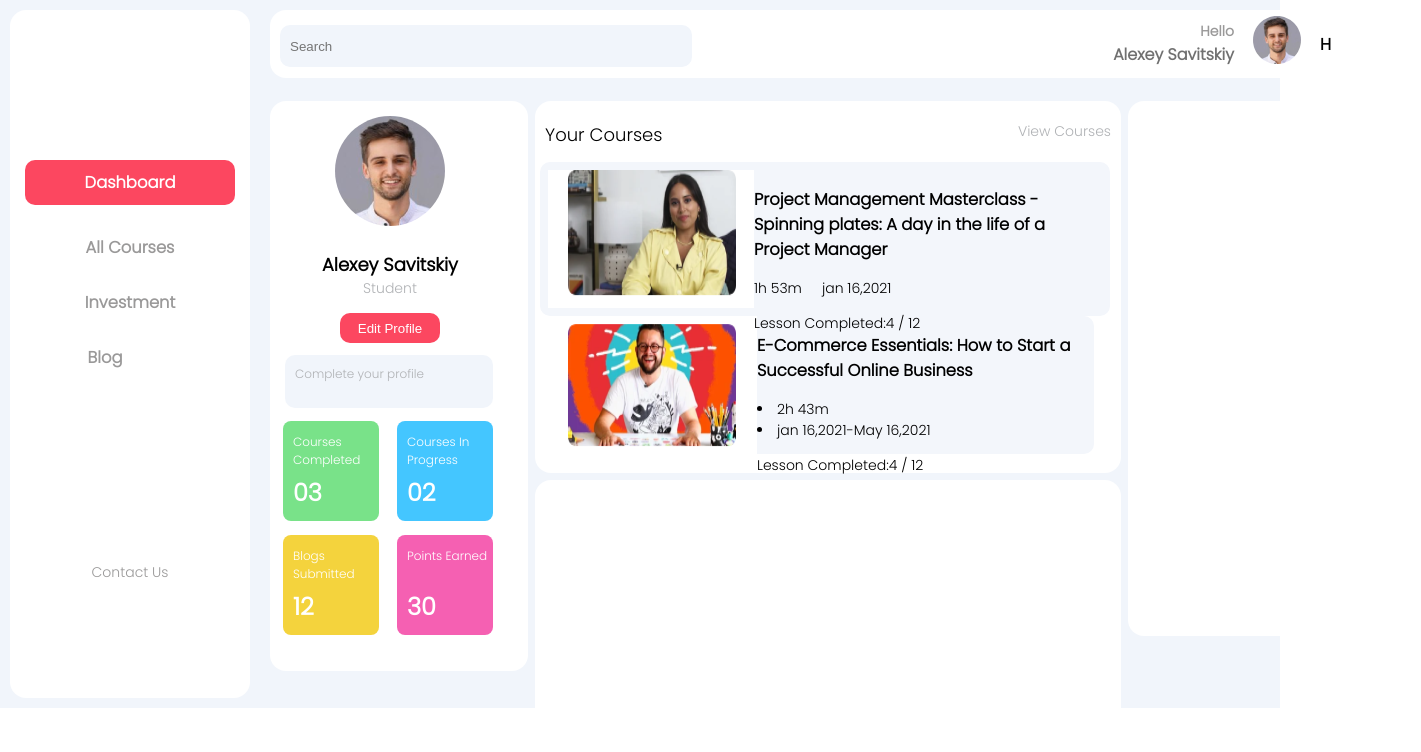
Repository: Anuruddha00/dashboard-design
Page: /
An editor plug-in stored every save of this project. The page is shown before and after the next save, followed by the edit.
The browser window is 1280 px wide. The page is 1421 px wide, so the pictures cover 1421 px, including what lies to the right of the window. The pictures show the whole page.
The project was rebuilt for these pictures with package versions that can differ from the ones it lists, and the page was loaded fresh each time.

Above is the page before, as saved 2021-05-07 20:35:45.

After the next save:
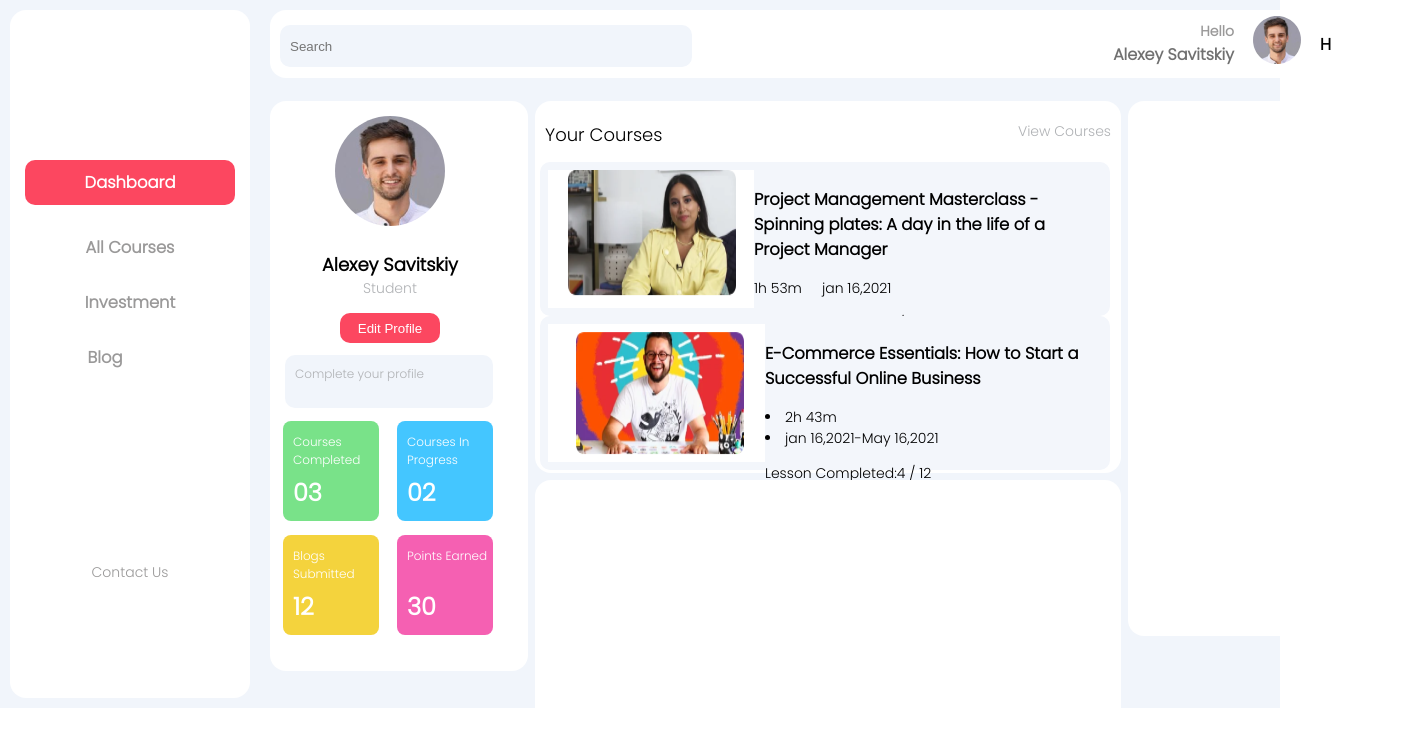
Saved 26 min 57 s later.
--- a/src/containers/Dashboard/Dashboard.scss
+++ b/src/containers/Dashboard/Dashboard.scss
@@ -304,10 +304,14 @@ body{
                                 }
                                 &Business{
                                     background: #f3f6fb;
+                                    padding: 8px;
                                     border-radius: 10px;
                                     width: 554px;
                                     height: 138px;
                                     display: flex;
+                                    flex-direction: row;
+                                    position: relative;
+
                                 }
                             }
 
